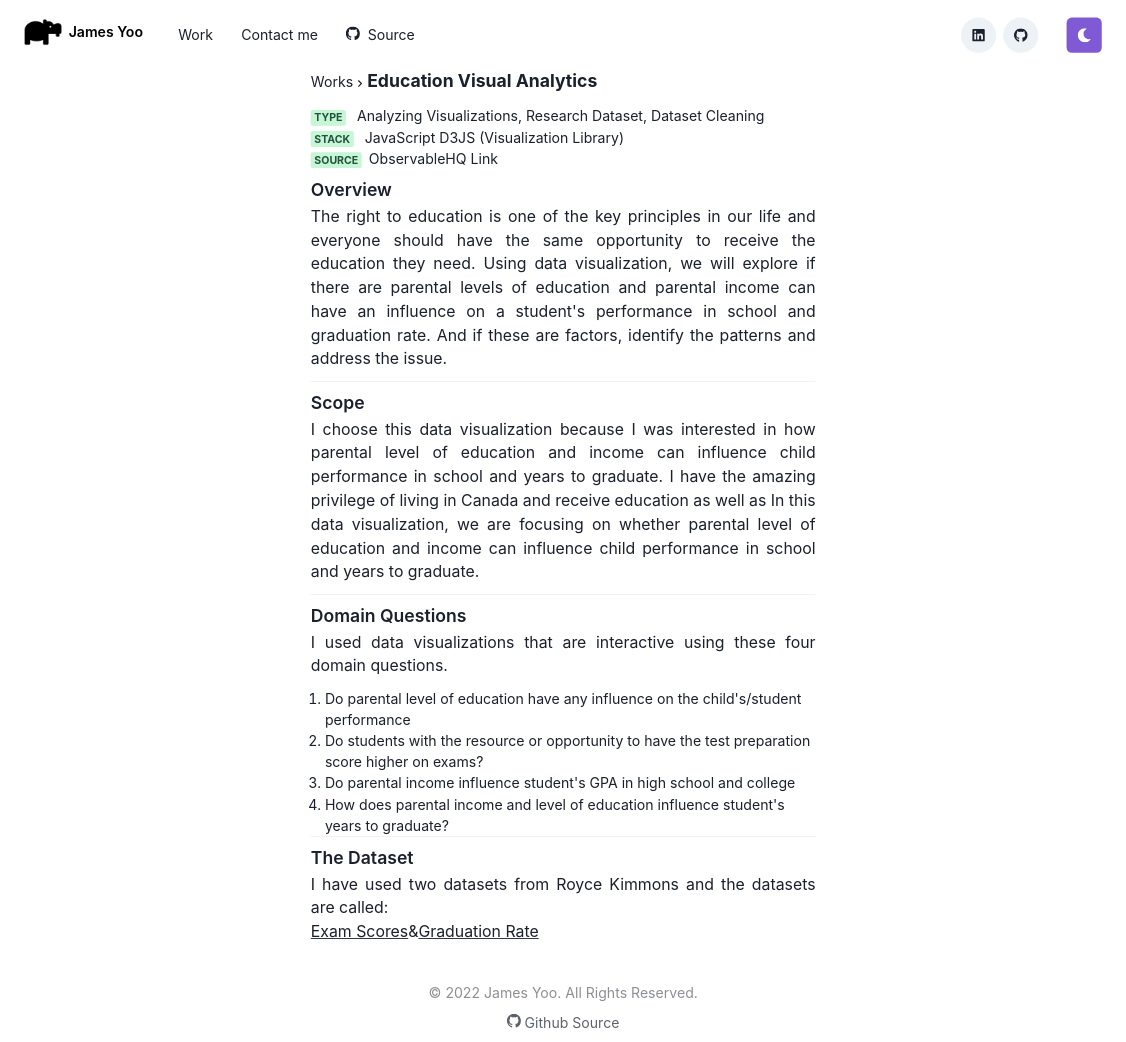
Repository: jammy729/portfolio-2022
Page: /work/educationvisualanalytics
These files come from the project's save history. The page is drawn as it stood at one moment and after a run of saves; the edit follows.
The browser window is 1280 px wide. The pictures show the whole page, at 88% of full size.
The project was rebuilt for these pictures with package versions that can differ from the ones it lists, and the page was loaded fresh each time. Also part of the build but not shown: src/components/home.js, src/components/contact.js, src/components/layouts/layout.js, src/components/work/work.js, src/components/work/Development/WorldInstitutionDatabase/worldinstitutiondatabase.js, src/components/work/Development/GeoMemories/geomemories.js, src/components/work/Design/ExperienceDesign/experiencedesign.js, src/components/work/Development/PersonalPortfolio/personalportfolio.js. Imported but missing from the stored project, and not drawn on this page: src/components/work/Design/FinestCup/finestcup, src/components/work/Development/WorldInstitutionDatabase/universityDatabase.mp4.

Above is the page before, as saved 2022-06-28 16:25:14.

After the next 2 saves:
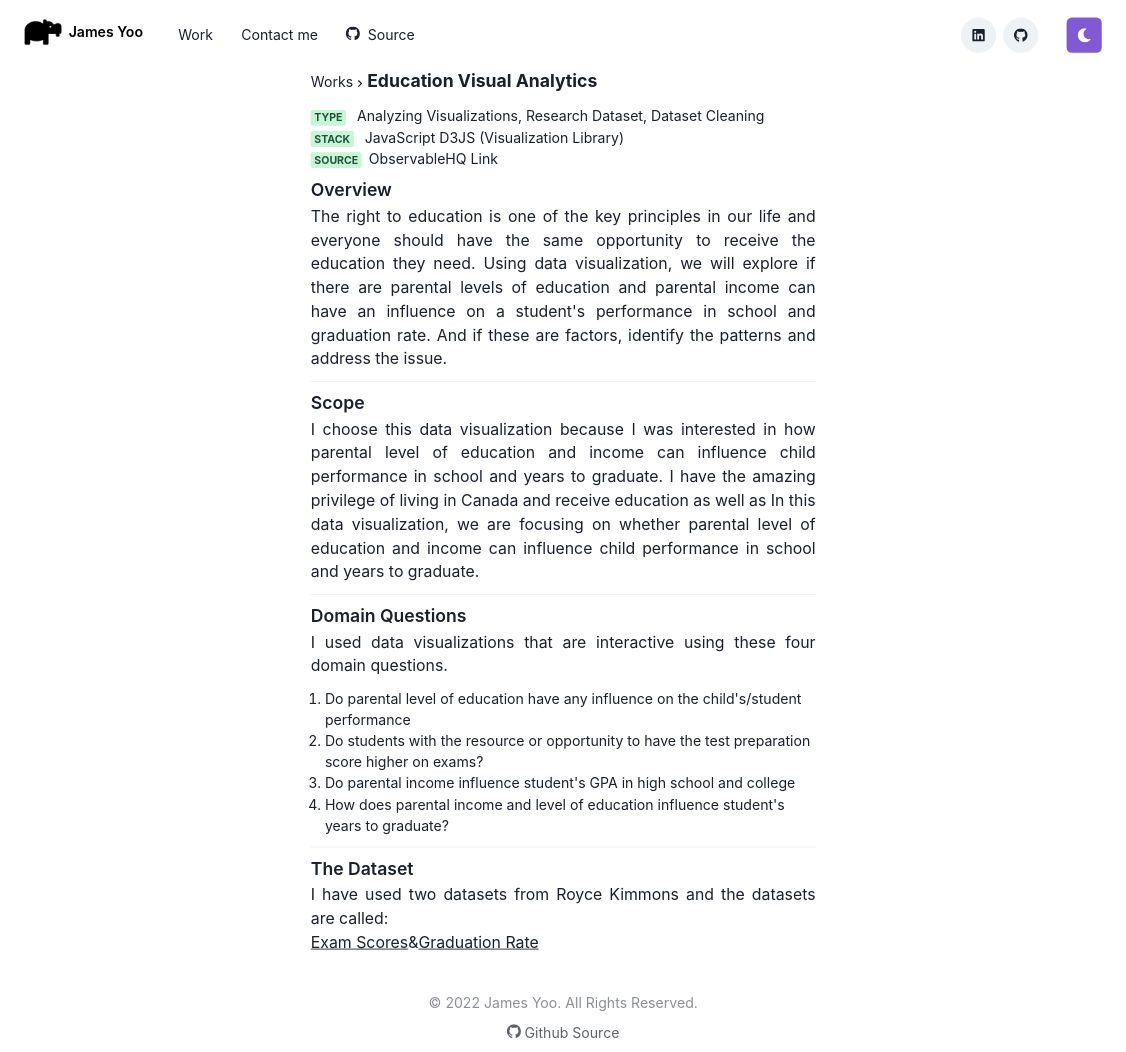
The 2 saves are shown as one change because they came seconds apart.
The last was saved 51 s later.
--- a/src/components/work/Development/EducationVisualAnalytics/educationvisualanalytics.js
+++ b/src/components/work/Development/EducationVisualAnalytics/educationvisualanalytics.js
@@ -68,7 +68,7 @@ const EducationVisualAnalytics = () => {
           I used data visualizations that are interactive using these four
           domain questions.
         </DescriptionText>
-        <OrderedList>
+        <OrderedList mb={3}>
           <ListItem>
             Do parental level of education have any influence on the
             child's/student performance
